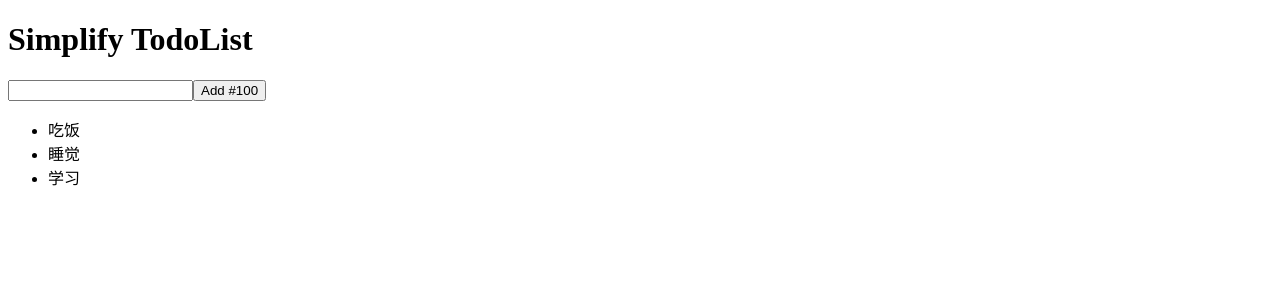
Repository: chenguocan/React-todoList
Page: todolist.html
An editor plug-in stored every save of this project. The page is shown before and after the next save, followed by the edit.
The browser window is 1280 px wide. The pictures show the whole page.

Above is the page before, as saved 2020-09-13 18:18:45.

After the next save:
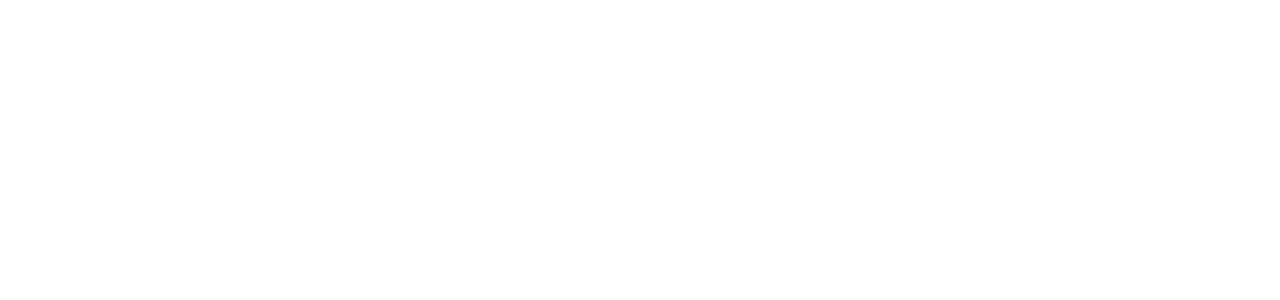
Console error (its wording comes from the project's code and is left out).
Saved 42 s later.
--- a/todolist.html
+++ b/todolist.html
@@ -35,12 +35,12 @@
 
 
             render() {
-                console.log(this.props)
                 return (
-                    <div>
-                        <input type="text" ref={(input) => this.input = input} />
-                        <button onClick={this.add}>Add #100</button>
-                    </div>
+                    let { Add } = this.props;
+                <div>
+                    <input type="text" ref={(input) => this.input = input} />
+                    <button onClick={this.props.add}>Add #100</button>
+                </div>
                 )
             }
         }

After the save that followed:
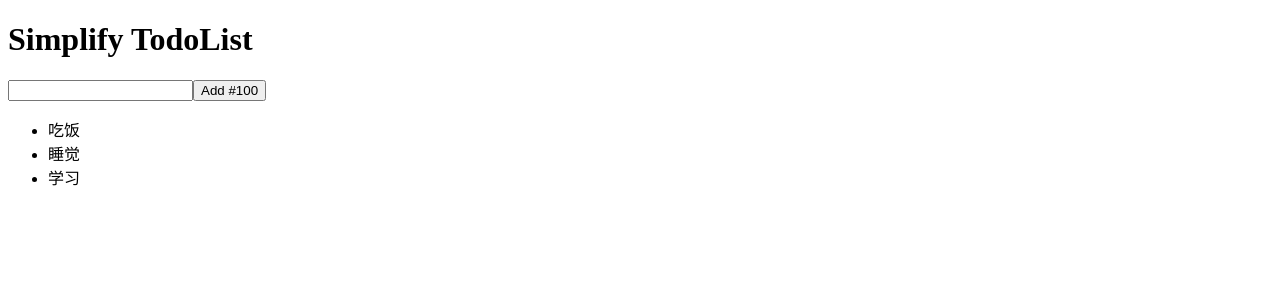
The error is gone.
Saved 10 s later.
--- a/todolist.html
+++ b/todolist.html
@@ -35,12 +35,13 @@
 
 
             render() {
+                let { Add } = this.props;
                 return (
-                    let { Add } = this.props;
-                <div>
-                    <input type="text" ref={(input) => this.input = input} />
-                    <button onClick={this.props.add}>Add #100</button>
-                </div>
+
+                    <div>
+                        <input type="text" ref={(input) => this.input = input} />
+                        <button onClick={this.props.add}>Add #100</button>
+                    </div>
                 )
             }
         }
